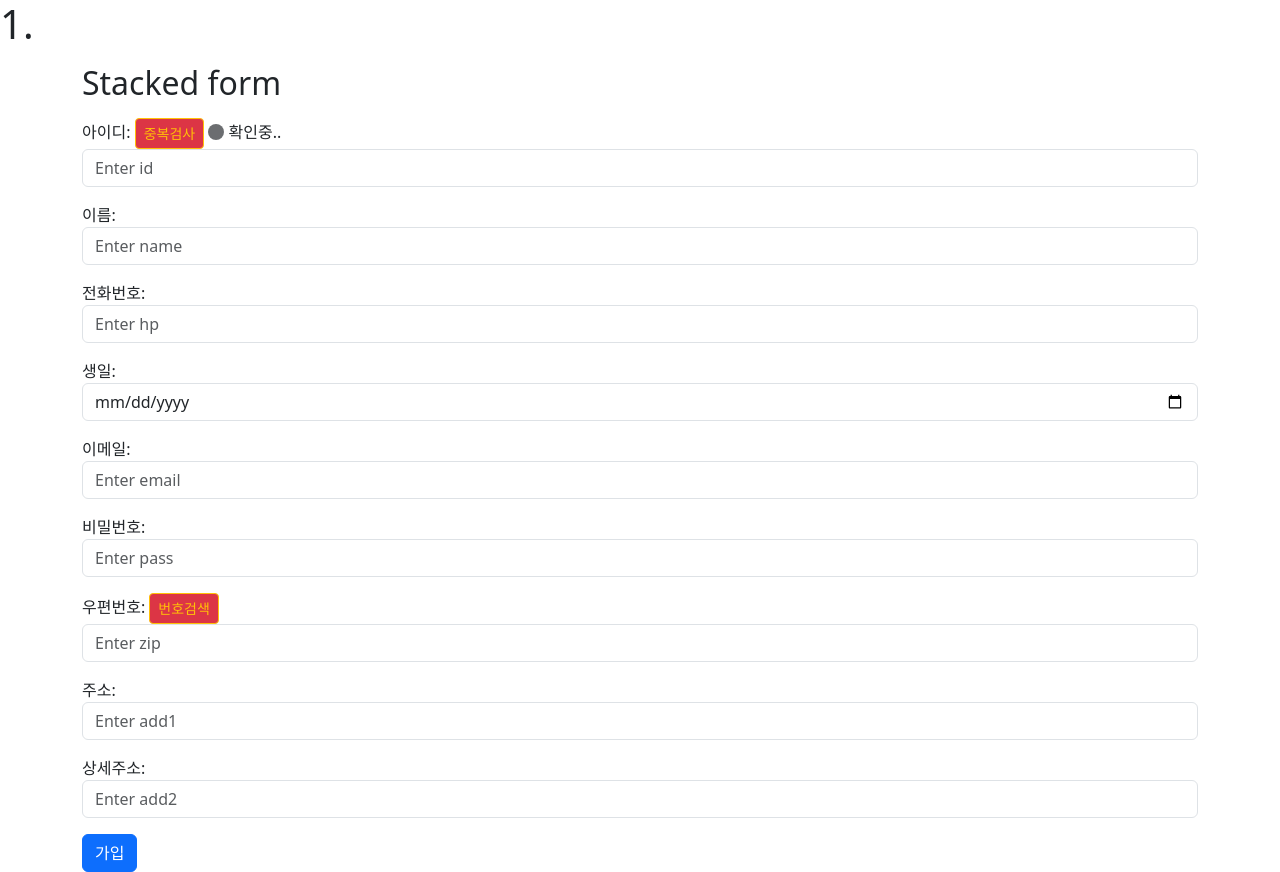
Repository: prawniel99/05_JQuery
Page: workspace/jqpro/WebContent/비동기6_ajax/join.html
The author's editor kept a copy of each file at every save. The page is drawn from the files as they stood at one save, then again after a run of saves.
The browser window is 1280 px wide. The pictures show the whole page.

Above is the page before, as saved 2024-08-29 03:30:02.

After the next 2 saves:
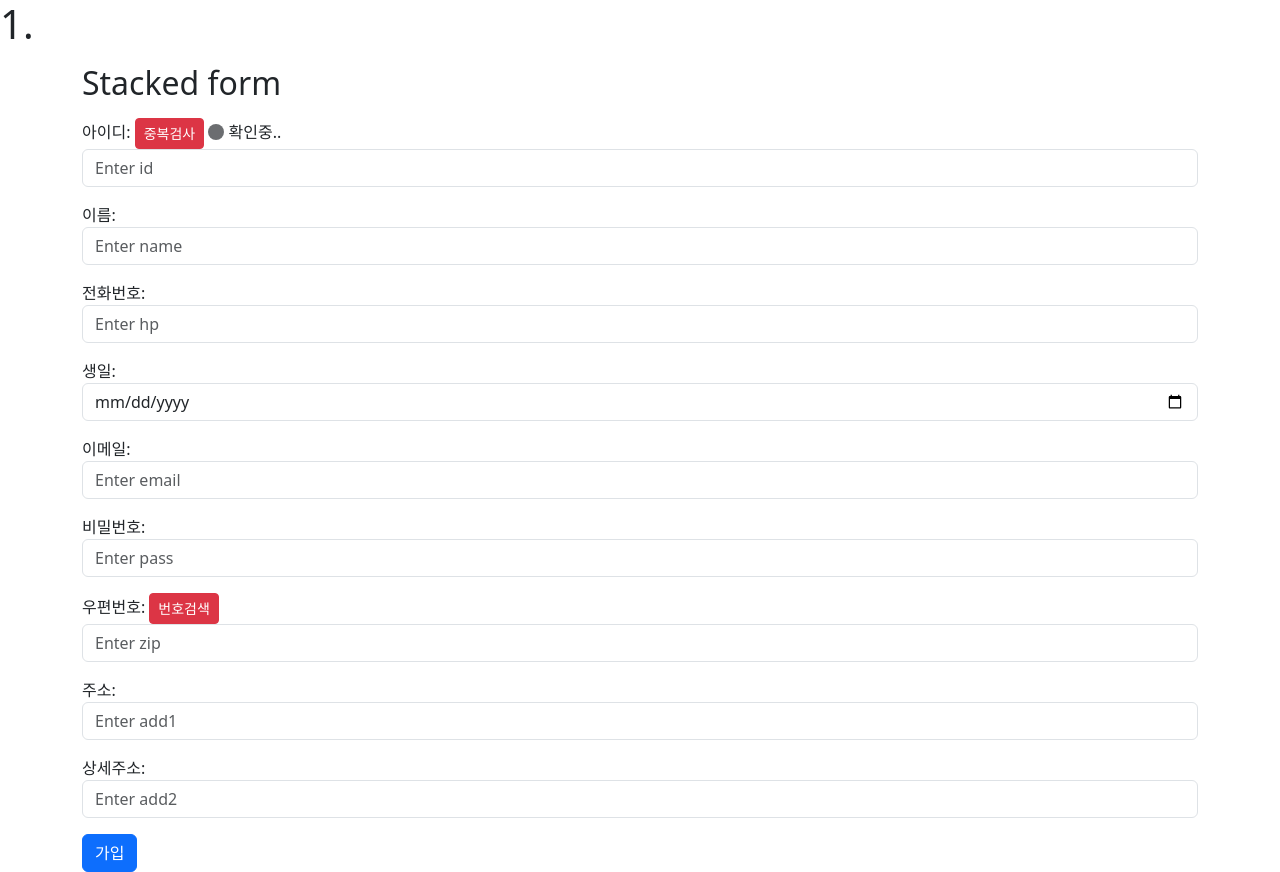
The 2 saves are shown as one change because they came seconds apart.
The last was saved 93 s later.
--- a/workspace/jqpro/WebContent/비동기6_ajax/join.html
+++ b/workspace/jqpro/WebContent/비동기6_ajax/join.html
@@ -35,7 +35,7 @@
 			<h2>Stacked form</h2>
 			<form>
 				<div class="mb-3 mt-3">
-					<label for="id">아이디:</label> <input type="button" value="중복검사" id="idcheck"  class="btn btn-outline-warning btn-sm btn-danger">
+					<label for="id">아이디:</label> <input type="button" value="중복검사" id="idcheck"  class="btn btn-secondary btn-sm btn-danger">
 					<span class="spinner-grow spinner-grow-sm"></span> 확인중..
 					<input type="text" class="form-control" id="id" placeholder="Enter id" name="mem_id"> <!-- name은 db와 일치시킨 VO와 일치시켜야 한다 -->
 				</div>
@@ -67,7 +67,7 @@
 
 				<div class="mb-3 mt-3">
 					<label for="zip">우편번호:</label>
-					<input type="button" value="번호검색" id="idcheck"  class="btn btn-outline-warning btn-sm btn-danger">
+					<input type="button" value="번호검색" id="idcheck"  class="btn btn-secondary btn-sm btn-danger">
 					<input type="text" class="form-control" id="zip" placeholder="Enter zip" name="mem_zip"> <!-- name은 db와 일치시킨 VO와 일치시켜야 한다 -->
 				</div>
 
